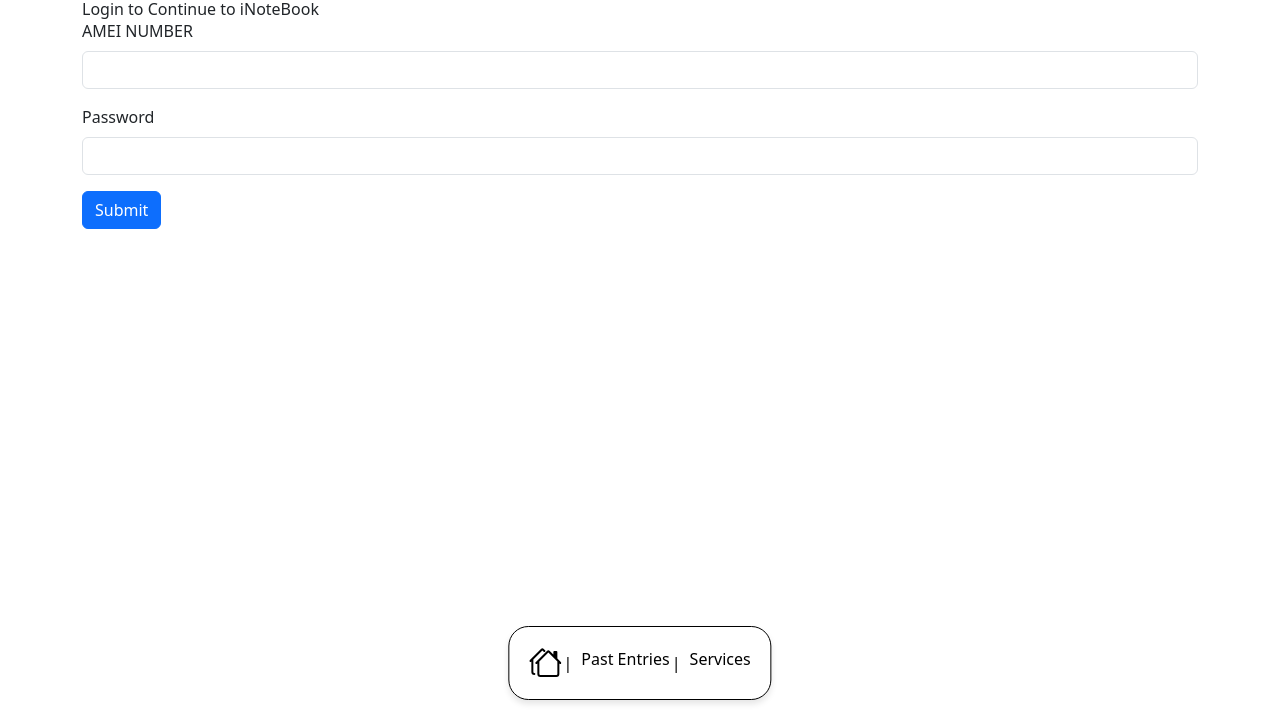
Repository: shash0708/GMR-Lines
Page: /login (app in frontend/)
The author's editor kept a copy of each file at every save. The page is drawn from the files as they stood at one save, then again after a run of saves.
The browser window is 1280 px wide. The pictures show the whole page.
The page's requests for data from a server got no answer. The project was rebuilt for these pictures with package versions that can differ from the ones it lists, and the page was loaded fresh each time. No one was signed in, and anything a server would have sent is missing. Also part of the build but not shown: frontend/src/components/Buttons/Buttons.component.jsx, frontend/src/components/Home/Home.component.jsx, frontend/src/components/Form/Form.css, frontend/src/components/speedDail/SpeedDail.component.jsx, frontend/src/components/Form/Form.component.jsx, frontend/src/components/Card/Card.jsx, frontend/src/components/Card/Card.css, frontend/src/components/Card/Card.component.jsx and 4 more.

Above is the page before, as saved 2024-09-08 23:29:24.

### frontend/public/index.html
<!DOCTYPE html>
<html lang="en">
  <head>
    <meta charset="utf-8" />
    <link rel="icon" href="%PUBLIC_URL%/favicon.ico" />
    <meta name="viewport" content="width=device-width, initial-scale=1" />
    <meta name="theme-color" content="#000000" />
    <meta name="description" content="Web site created using create-react-app" />
    <link rel="apple-touch-icon" href="%PUBLIC_URL%/logo192.png" />
    <!--
      manifest.json provides metadata used when your web app is installed on a
      user's mobile device or desktop. See https://developers.google.com/web/fundamentals/web-app-manifest/
    -->
    <link rel="manifest" href="%PUBLIC_URL%/manifest.json" />
    <!--
      Notice the use of %PUBLIC_URL% in the tags above.
      It will be replaced with the URL of the `public` folder during the build.
      Only files inside the `public` folder can be referenced from the HTML.

      Unlike "/favicon.ico" or "favicon.ico", "%PUBLIC_URL%/favicon.ico" will
      work correctly both with client-side routing and a non-root public URL.
      Learn how to configure a non-root public URL by running `npm run build`.
    -->
    <link href="https://cdn.jsdelivr.net/npm/bootstrap@5.3.3/dist/css/bootstrap.min.css" rel="stylesheet" integrity="sha384-QWTKZyjpPEjISv5WaRU9OFeRpok6YctnYmDr5pNlyT2bRjXh0JMhjY6hW+ALEwIH" crossorigin="anonymous">

    <title>Log Book</title>
  </head>
  <script src="https://cdn.jsdelivr.net/npm/bootstrap@5.3.3/dist/js/bootstrap.bundle.min.js" integrity="sha384-YvpcrYf0tY3lHB60NNkmXc5s9fDVZLESaAA55NDzOxhy9GkcIdslK1eN7N6jIeHz" crossorigin="anonymous"></script>
  <script src="https://cdn.jsdelivr.net/npm/@popperjs/core@2.11.8/dist/umd/popper.min.js" integrity="sha384-I7E8VVD/ismYTF4hNIPjVp/Zjvgyol6VFvRkX/vR+Vc4jQkC+hVqc2pM8ODewa9r" crossorigin="anonymous"></script>
  <script src="https://cdn.jsdelivr.net/npm/bootstrap@5.3.3/dist/js/bootstrap.min.js" integrity="sha384-0pUGZvbkm6XF6gxjEnlmuGrJXVbNuzT9qBBavbLwCsOGabYfZo0T0to5eqruptLy" crossorigin="anonymous"></script>
  <body>
    <noscript>You need to enable JavaScript to run this app.</noscript>
    <div id="root"></div>
    <!--
      This HTML file is a template.
      If you open it directly in the browser, you will see an empty page.

      You can add webfonts, meta tags, or analytics to this file.
      The build step will place the bundled scripts into the <body> tag.

      To begin the development, run `npm start` or `yarn start`.
      To create a production bundle, use `npm run build` or `yarn build`.
    -->
  </body>
</html>

### frontend/src/App.js
import './App.css';
import { BrowserRouter as Router, Route, Routes } from 'react-router-dom';

import 'primereact/resources/themes/saga-blue/theme.css';
import 'primereact/resources/primereact.min.css';
import { PrimeReactProvider } from 'primereact/api';
import Home from '../src/components/Home/Home.component'
import Form from './components/Form/Form.component';
import Cards from './components/Card/Card.component';
import Data from './components/Data/Data.component';
import Navbar from './components/Header/Header.component'
import Login from './components/Login/Login.component';
import Signup from './components/SignUp/Signup.component';
import PdfComponent from './components/Pdf/PdfComponent';
import { LogsProvider } from './context/LogContext';
function App() {
  return (
    <LogsProvider>
    <PrimeReactProvider>
<Router>
<Navbar />

      <Routes>
      {/* <Navbar/> */}

        <Route path="/" element={<Home />} />
        <Route path='/login' element={<Login/>}/>
        <Route path='/signup' element={<Signup/>}/>
        <Route path="/form" element={<Form />} />
        <Route path="/past-records" element={<Cards />} />
        <Route path="/data/:id" element={<Data />} />
        <Route path="/pdf" element={<PdfComponent/>}/>
      </Routes>
    </Router>
</PrimeReactProvider>
</LogsProvider>
  );
}

export default App;

### frontend/src/serviceWorkerRegistration.js
// This optional code is used to register a service worker.
// register() is not called by default.

// This lets the app load faster on subsequent visits in production, and gives
// it offline capabilities. However, it also means that developers (and users)
// will only see deployed updates on subsequent visits to a page, after all the
// existing tabs open on the page have been closed, since previously cached
// resources are updated in the background.

// To learn more about the benefits of this model and instructions on how to
// opt-in, read https://cra.link/PWA

const isLocalhost = Boolean(
  window.location.hostname === 'localhost' ||
    // [::1] is the IPv6 localhost address.
    window.location.hostname === '[::1]' ||
    // 127.0.0.0/8 are considered localhost for IPv4.
    window.location.hostname.match(/^127(?:\.(?:25[0-5]|2[0-4][0-9]|[01]?[0-9][0-9]?)){3}$/)
);

export function register(config) {
  if (process.env.NODE_ENV === 'production' && 'serviceWorker' in navigator) {
    // The URL constructor is available in all browsers that support SW.
    const publicUrl = new URL(process.env.PUBLIC_URL, window.location.href);
    if (publicUrl.origin !== window.location.origin) {
      // Our service worker won't work if PUBLIC_URL is on a different origin
      // from what our page is served on. This might happen if a CDN is used to
      // serve assets; see https://github.com/facebook/create-react-app/issues/2374
      return;
    }

    window.addEventListener('load', () => {
      const swUrl = `${process.env.PUBLIC_URL}/service-worker.js`;

      if (isLocalhost) {
        // This is running on localhost. Let's check if a service worker still exists or not.
        checkValidServiceWorker(swUrl, config);

        // Add some additional logging to localhost, pointing developers to the
        // service worker/PWA documentation.
        navigator.serviceWorker.ready.then(() => {
          console.log(
            'This web app is being served cache-first by a service ' +
              'worker. To learn more, visit https://cra.link/PWA'
          );
        });
      } else {
        // Is not localhost. Just register service worker
        registerValidSW(swUrl, config);
      }
    });
  }
}

function registerValidSW(swUrl, config) {
  navigator.serviceWorker
    .register(swUrl)
    .then((registration) => {
      registration.onupdatefound = () => {
        const installingWorker = registration.installing;
        if (installingWorker == null) {
          return;
        }
        installingWorker.onstatechange = () => {
          if (installingWorker.state === 'installed') {
            if (navigator.serviceWorker.controller) {
              // At this point, the updated precached content has been fetched,
              // but the previous service worker will still serve the older
              // content until all client tabs are closed.
              console.log(
                'New content is available and will be used when all ' +
                  'tabs for this page are closed. See https://cra.link/PWA.'
              );

              // Execute callback
              if (config && config.onUpdate) {
                config.onUpdate(registration);
              }
            } else {
              // At this point, everything has been precached.
              // It's the perfect time to display a
              // "Content is cached for offline use." message.
              console.log('Content is cached for offline use.');

              // Execute callback
              if (config && config.onSuccess) {
                config.onSuccess(registration);
              }
            }
          }
        };
      };
    })
    .catch((error) => {
      console.error('Error during service worker registration:', error);
    });
}

function checkValidServiceWorker(swUrl, config) {
  // Check if the service worker can be found. If it can't reload the page.
  fetch(swUrl, {
    headers: { 'Service-Worker': 'script' },
  })
    .then((response) => {
      // Ensure service worker exists, and that we really are getting a JS file.
      const contentType = response.headers.get('content-type');
      if (
        response.status === 404 ||
        (contentType != null && contentType.indexOf('javascript') === -1)
      ) {
        // No service worker found. Probably a different app. Reload the page.
        navigator.serviceWorker.ready.then((registration) => {
          registration.unregister().then(() => {
            window.location.reload();
          });
        });
      } else {
        // Service worker found. Proceed as normal.
        registerValidSW(swUrl, config);
      }
    })
    .catch(() => {
      console.log('No internet connection found. App is running in offline mode.');
    });
}

export function unregister() {
  if ('serviceWorker' in navigator) {
    navigator.serviceWorker.ready
      .then((registration) => {
        registration.unregister();
      })
      .catch((error) => {
        console.error(error.message);
      });
  }
}

### frontend/src/components/Header/Header.component.jsx
import React, { useEffect, useState, useRef } from 'react';
import './Navbar.css';

const Navbar = () => {
  const [showNavbar, setShowNavbar] = useState(true);
  const [lastScrollTop, setLastScrollTop] = useState(0);
  const [scrollTimeout, setScrollTimeout] = useState(null);

  const handleScroll = () => {
    const currentScrollTop = window.pageYOffset || document.documentElement.scrollTop;

    // Clear the previous timeout if it exists
    if (scrollTimeout) {
      clearTimeout(scrollTimeout);
    }

    // Set a timeout to update the Navbar visibility after scrolling stops
    const newScrollTimeout = setTimeout(() => {
      if (currentScrollTop > lastScrollTop) {
        // Scrolling down
        setShowNavbar(false);
      } else if (currentScrollTop < lastScrollTop) {
        // Scrolling up
        setShowNavbar(true);
      }

      setLastScrollTop(currentScrollTop <= 0 ? 0 : currentScrollTop);
    }, 100); // Delay in milliseconds to wait before hiding/showing Navbar

    setScrollTimeout(newScrollTimeout);
  };

  useEffect(() => {
    window.addEventListener('scroll', handleScroll);
    return () => {
      window.removeEventListener('scroll', handleScroll);
      if (scrollTimeout) {
        clearTimeout(scrollTimeout);
      }
    };
  }, [scrollTimeout, lastScrollTop]);

  return (
    <div className={`navbar ${showNavbar ? 'show' : 'hide'}`}>
      <div className="navbar-items">
        <a href="#home"><svg xmlns="http://www.w3.org/2000/svg" width="32" height="32" fill="currentColor" class="bi bi-houses" viewBox="0 0 16 16">
  <path d="M5.793 1a1 1 0 0 1 1.414 0l.647.646a.5.5 0 1 1-.708.708L6.5 1.707 2 6.207V12.5a.5.5 0 0 0 .5.5.5.5 0 0 1 0 1A1.5 1.5 0 0 1 1 12.5V7.207l-.146.147a.5.5 0 0 1-.708-.708zm3 1a1 1 0 0 1 1.414 0L12 3.793V2.5a.5.5 0 0 1 .5-.5h1a.5.5 0 0 1 .5.5v3.293l1.854 1.853a.5.5 0 0 1-.708.708L15 8.207V13.5a1.5 1.5 0 0 1-1.5 1.5h-8A1.5 1.5 0 0 1 4 13.5V8.207l-.146.147a.5.5 0 1 1-.708-.708zm.707.707L5 7.207V13.5a.5.5 0 0 0 .5.5h8a.5.5 0 0 0 .5-.5V7.207z"/>
</svg></a>
        <a href="#about">Past Entries</a>
        <a href="#services">Services</a>
        {/* <a href="#contact">Contact</a> */}
      </div>
    </div>
  );
};

export default Navbar;

### frontend/src/components/Login/Login.component.jsx
import React, { useState } from 'react';
import { useNavigate } from 'react-router-dom';
import useDocumentTitle from '../hooks/useDocumentTitle';
import URL from '../config'
const Login = (props) => {
  useDocumentTitle('Login'); // Set the document title for this page

  const [credentials, setCredentials] = useState({ AME: "", password: "" });
  let navigate = useNavigate();

  const handleSubmit = async (e) => {
    e.preventDefault();

    try {
      const response = await fetch(`${URL}/api/login`, {
        method: 'POST',
        headers: {
          'Content-Type': 'application/json'
        },
        body: JSON.stringify({ AME: credentials.AME, password: credentials.password })
      });

      const json = await response.json();
      console.log(json);

      if (json.success) {
        // Save the auth token and redirect
        localStorage.setItem('token', json.authtoken);
        alert("Logged in Successfully");
        navigate('/');
      } else {
        alert("Invalid Credentials");
      }
    } catch (error) {
      console.error("There was an error with the login request:", error);
      alert("An error occurred. Please try again later.");
    }
  }

  const onChange = (e) => {
    setCredentials({ ...credentials, [e.target.name]: e.target.value });
  }

  return (
    <div className='container'>
      <h1>Login to Continue to iNoteBook</h1>
      <form onSubmit={handleSubmit}>
        <div className="mb-3">
          <label htmlFor="AME" className="form-label">AMEI NUMBER</label>
          <input
            type="text"
            className="form-control"
            name="AME"
            id="AME"
            value={credentials.AME}
            onChange={onChange}
            required
          />
        </div>
        <div className="mb-3">
          <label htmlFor="password" className="form-label">Password</label>
          <input
            type="password"
            className="form-control"
            name="password"
            id="password"
            value={credentials.password}
            onChange={onChange}
            required
          />
        </div>
        <button type="submit" className="btn btn-primary">Submit</button>
      </form>
    </div>
  );
}

export default Login;

### frontend/src/context/LogContext.js
// LogsContext.js
import React, { createContext, useState, useEffect } from 'react';
import axios from 'axios';
import URL from '../components/config';
const LogsContext = createContext();

export const LogsProvider = ({ children }) => {
  const [logs, setLogs] = useState([]);
  const [filteredLogs, setFilteredLogs] = useState([]);
  const [searchTerm, setSearchTerm] = useState('');
  const [selectedLogs, setSelectedLogs] = useState([]);

  useEffect(() => {
    const fetchLogs = async () => {
      try {
        const response = await axios.get(`${URL}/getlogs/entries`, {
          headers: {
            'auth-token': localStorage.getItem('token'),
          },
        });

        setLogs(response.data);
        setFilteredLogs(response.data);
      } catch (error) {
        console.error('Error fetching logs:', error);
      }
    };
    fetchLogs();
  }, []);

  useEffect(() => {
    const handleSearch = () => {
      const lowerCaseSearchTerm = searchTerm.toLowerCase();
      const filtered = logs.filter((log) => {
        const logId = String(log.Toa);
        return logId.toLowerCase().includes(lowerCaseSearchTerm);
      });
      setFilteredLogs(filtered);
    };

    handleSearch();
  }, [searchTerm, logs]);

  const handleSelect = (log) => {
    setSelectedLogs((prev) => {
      const isSelected = prev.includes(log);
      if (isSelected) {
        return prev.filter((selectedLog) => selectedLog !== log);
      }

      if (prev.length >= 7) {
        return prev;
      }

      return [...prev, log];
    });
  };

  return (
    <LogsContext.Provider
      value={{
        logs,
        filteredLogs,
        searchTerm,
        setSearchTerm,
        selectedLogs,
        handleSelect,
        setFilteredLogs,
      }}
    >
      {children}
    </LogsContext.Provider>
  );
};

export default LogsContext;

### frontend/src/components/hooks/useDocumentTitle.js
// src/hooks/useDocumentTitle.js
import { useEffect } from 'react';

const useDocumentTitle = (title) => {
  useEffect(() => {
    document.title = title;
  }, [title]);
};

export default useDocumentTitle;

### frontend/src/components/config.js
// src/config.js
const URL = "http://localhost:5000";

export default URL;

// `${URL}

### frontend/src/components/Header/Navbar.css
/* Navbar.css */
.navbar {
    display: flex;
    border-radius: 20px;
    align-items: center;
    border: 1px solid black;
    justify-content: center;
    position: fixed;
    bottom: 20px; /* Adjust as needed */
    left: 50%;
    transform: translateX(-50%);
    background-color: #ffffff;
    color: rgb(0, 0, 0);
    padding: 10px;
    width: auto; /* Adjust width based on content */
    box-shadow: 0 4px 6px rgba(0, 0, 0, 0.1); /* Optional */
    z-index: 1000; /* Optional */
    transition: width 0.3s ease, opacity 0.3s ease, transform 0.3s ease; /* Smooth transitions */
    opacity: 0; /* Hidden by default */
}

.navbar.show {
    opacity: 1; /* Show Navbar */
}

.navbar.hide {
    opacity: 0; /* Hide Navbar */
    pointer-events: none; /* Prevent interaction when hidden */
}

.navbar:hover {
    width: 300px; /* Adjust width on hover */
    transform: translateX(-50%) scale(1.05); /* Center Navbar and slightly zoom out */
}

.navbar-items {
    display: flex;
}

.navbar-items a {
    color: rgb(0, 0, 0);
    text-decoration: none;
    padding: 10px;
    position: relative; /* Needed for pseudo-element positioning */
    transition: transform 0.1s ease; /* Smooth zoom effect for icons */
}

.navbar-items a:not(:last-child)::after {
    content: "|"; /* Separator character */
    position: absolute;
    right: -1px; /* Adjust position */
    top: 50%;
    transform: translateY(-50%);
    color: rgb(0, 0, 0); /* Separator color */
}

.navbar-items a:hover {
    border-radius: 20px;
    transform: scale(1.1); /* Zoom in on hover */
}

@media (max-width: 768px) {
    .navbar {
        flex-direction: column;
        bottom: 10px;
        width: auto; /* Adjust width for smaller screens */
    }

    .navbar-content {
        margin-bottom: 5px;
    }
}

### frontend/tailwind.config.js
/** @type {import('tailwindcss').Config} */
module.exports = {
  content: [
    "./src/**/*.{js,ts,jsx,tsx}",  // Adjust the paths as needed
    "./public/**/*.html",           // Include HTML files if used
  ],
  theme: {
    extend: {
      // Custom theme extensions go here
      colors: {
        primary: '#ff6347',  // Example custom color
      },
      fontFamily: {
        sans: ['Helvetica', 'Arial', 'sans-serif'],
      },
    },
  },
  plugins: [
    // Add any Tailwind CSS plugins here
  ],
};


module.exports ={
  "compilerOptions": {
    "baseUrl": ".",
    "paths": {
      "@/*": ["src/*"]
    }
  }
}

Loaded but not shown: frontend/src/index.js (common file); frontend/src/index.css (common file); frontend/src/reportWebVitals.js (common file); frontend/src/App.css (common file); frontend/src/components/Data/Data.css (no stored copy; drawn as an empty file)

After the next 2 saves:
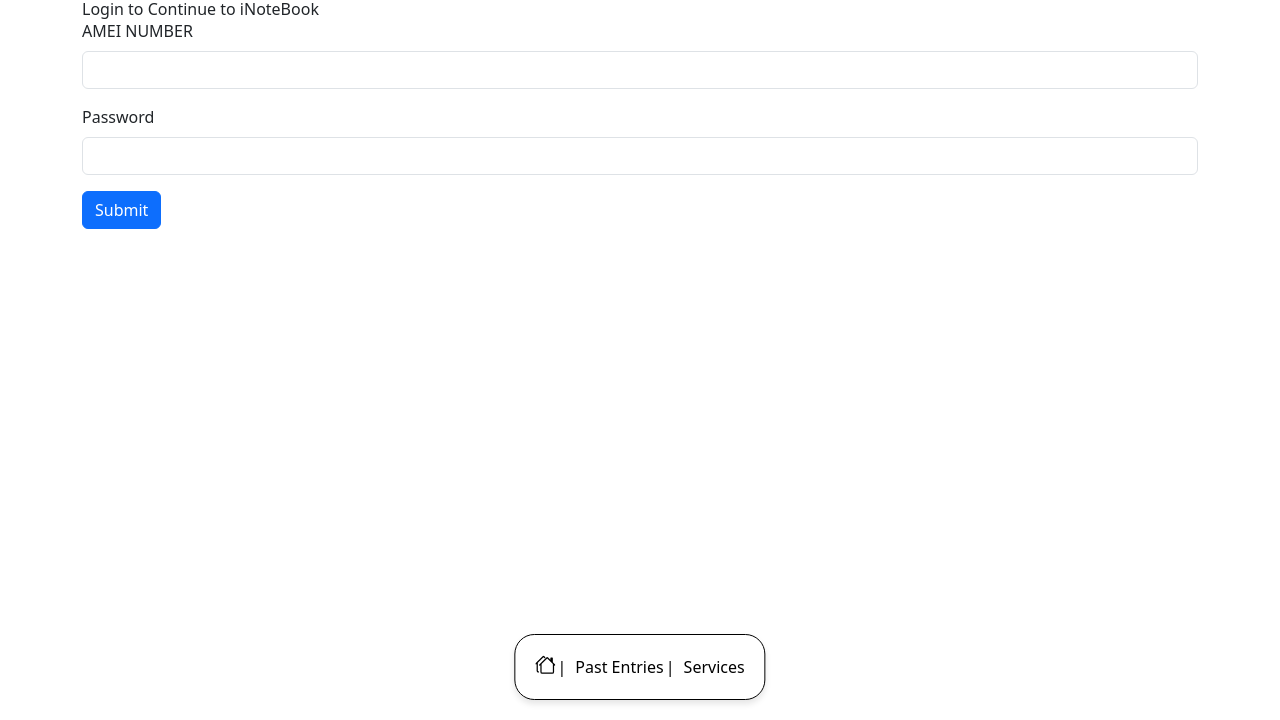
The 2 saves are shown as one change because they came seconds apart.
The last was saved 37 s later.
--- a/frontend/src/components/Header/Header.component.jsx
+++ b/frontend/src/components/Header/Header.component.jsx
@@ -43,7 +43,7 @@
   return (
     <div className={`navbar ${showNavbar ? 'show' : 'hide'}`}>
       <div className="navbar-items">
-        <a href="#home"><svg xmlns="http://www.w3.org/2000/svg" width="32" height="32" fill="currentColor" class="bi bi-houses" viewBox="0 0 16 16">
+        <a href="#home"><svg xmlns="http://www.w3.org/2000/svg" width="20" height="20" fill="currentColor" class="bi bi-houses" viewBox="0 0 16 16">
   <path d="M5.793 1a1 1 0 0 1 1.414 0l.647.646a.5.5 0 1 1-.708.708L6.5 1.707 2 6.207V12.5a.5.5 0 0 0 .5.5.5.5 0 0 1 0 1A1.5 1.5 0 0 1 1 12.5V7.207l-.146.147a.5.5 0 0 1-.708-.708zm3 1a1 1 0 0 1 1.414 0L12 3.793V2.5a.5.5 0 0 1 .5-.5h1a.5.5 0 0 1 .5.5v3.293l1.854 1.853a.5.5 0 0 1-.708.708L15 8.207V13.5a1.5 1.5 0 0 1-1.5 1.5h-8A1.5 1.5 0 0 1 4 13.5V8.207l-.146.147a.5.5 0 1 1-.708-.708zm.707.707L5 7.207V13.5a.5.5 0 0 0 .5.5h8a.5.5 0 0 0 .5-.5V7.207z"/>
 </svg></a>
         <a href="#about">Past Entries</a>
